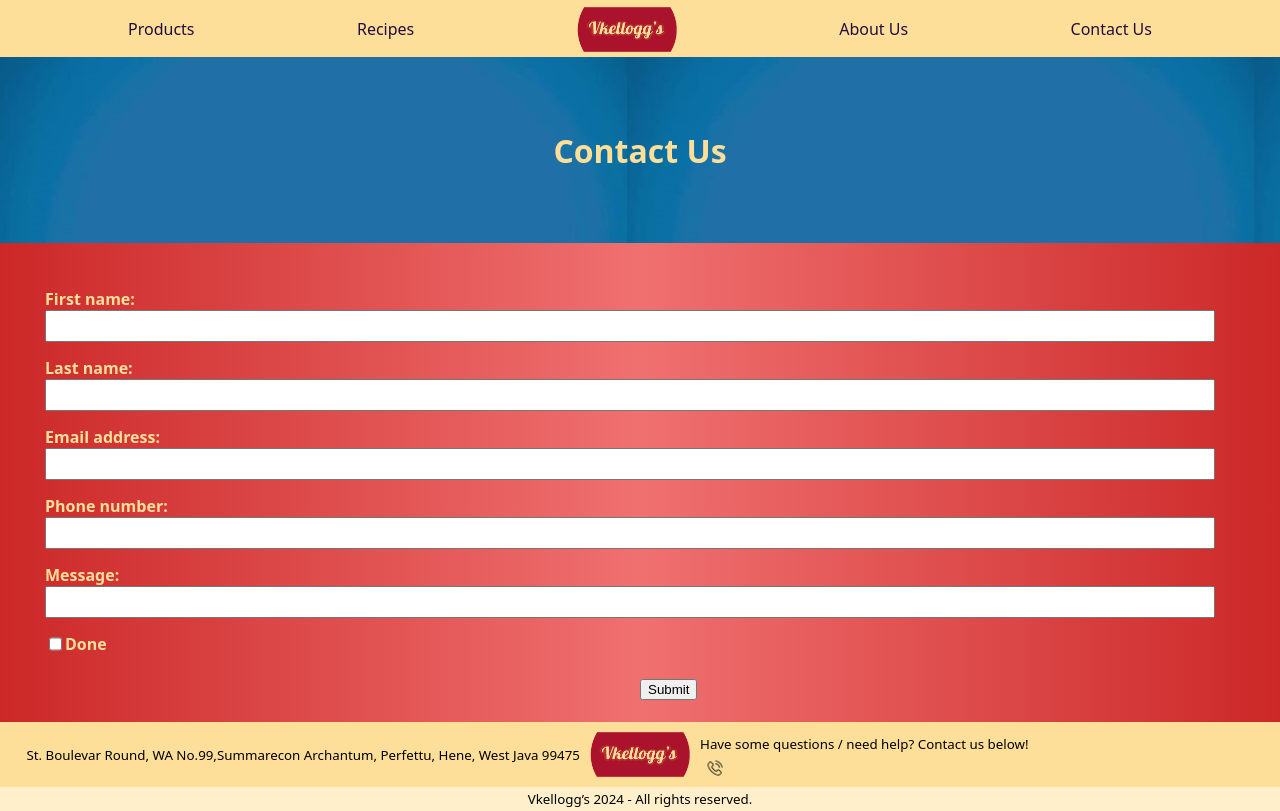
Repository: sugralld/VKelloggs
Page: Code and Assets/html/contactus.html
The author's editor kept a copy of each file at every save. The page is drawn from the files as they stood at one save, then again after the next save.
The browser window is 1280 px wide. The pictures show the whole page.

Above is the page before, as saved 2024-12-04 06:32:58.

After the next save:
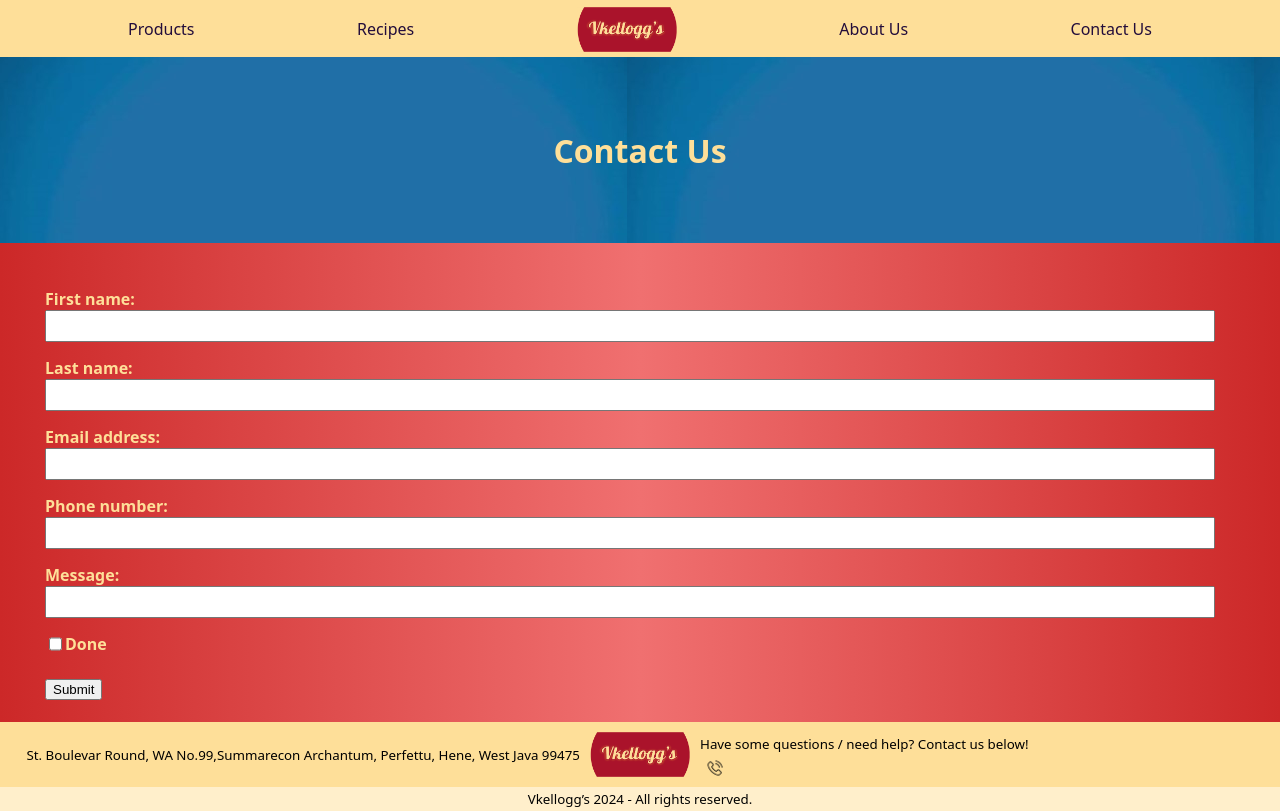
Saved 10 s later.
--- a/Code and Assets/css/contactus.css
+++ b/Code and Assets/css/contactus.css
@@ -36,7 +36,7 @@
    padding: 0;
    text-align: centers;
    position: absolute;
-   left: 50%;
+
  }
 
 .button-container button{
